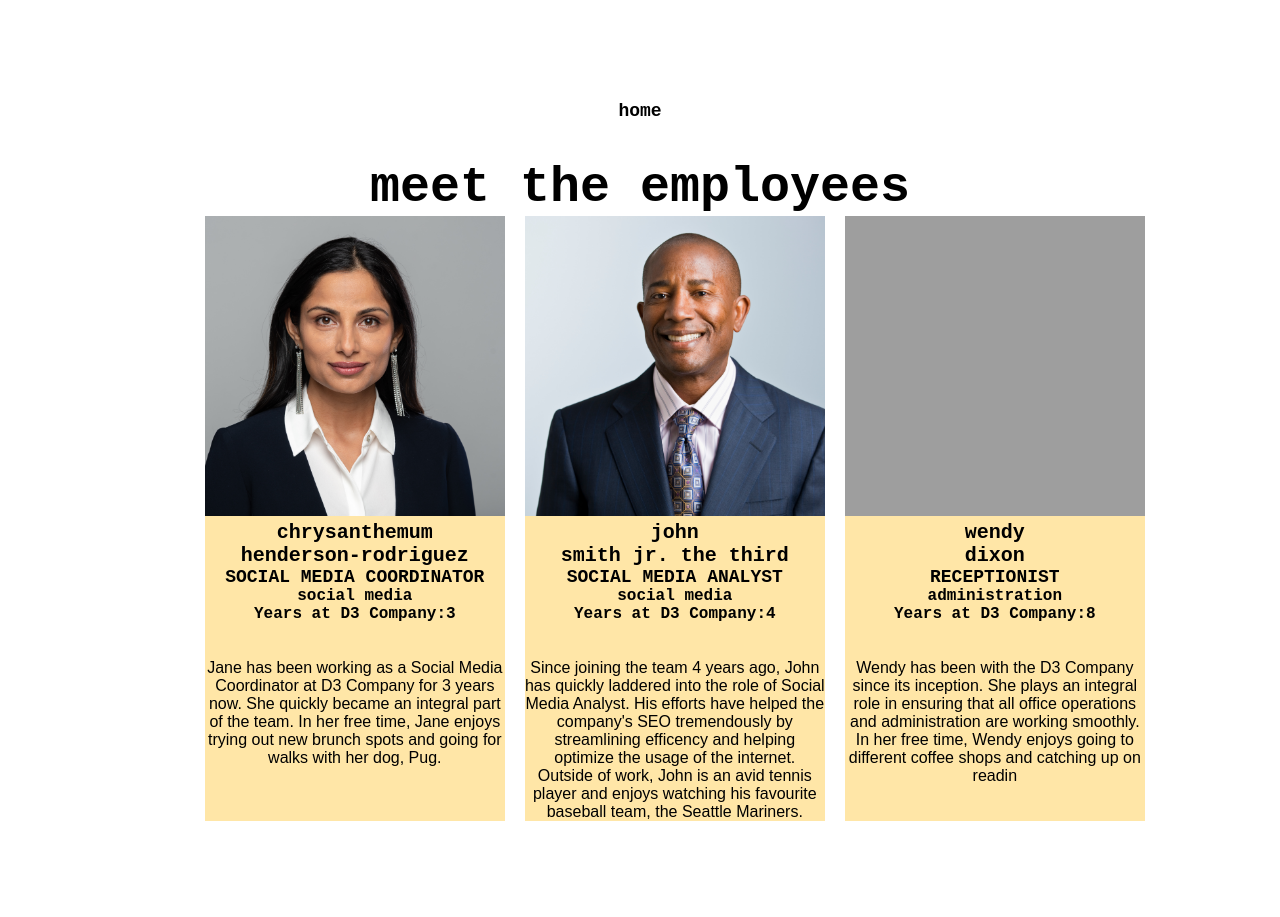
Repository: cheungglenda/MDIA2109-Week3
Page: /about
These files come from the project's save history. The page is drawn as it stood at one moment and after the next save; the edit follows.
The browser window is 1280 px wide. The pictures show the whole page.
Pictures or frames that could not be fetched are drawn as grey boxes. The project was rebuilt for these pictures with package versions that can differ from the ones it lists, and the page was loaded fresh each time. The framework's server and built-in components were replaced by stand-ins that run in the browser. Also part of the build but not shown: next.config.js.

Above is the page before, as saved 2023-01-20 12:34:41.

### pages/about.js
import Head from 'next/head'
import { Inter } from '@next/font/google'
import styles from '@/styles/Home.module.css'
import aboutData from '../data/about.json'
import { useState } from 'react'
import EmployeeCard  from '../components/EmployeeCard'
import Link from 'next/link'

export default function About() {

    const [aboutEmployees, setAboutEmployees] = useState([...aboutData])
    console.log(aboutData)
    return (
   <>
      <Head>
        <title>About Page</title>
        <meta name="description" content="Meet the Employees" />
        <meta name="viewport" content="width=device-width, initial-scale=1" />
        <link rel="icon" href="/favicon.ico" />
      </Head>
      <main className={styles.main}>
      <Link href="/" className={styles.links}>Home</Link>

      <div className={styles.meetTitle}>Meet the Employees</div>

        <div className={styles.grid}>
          <div className={styles.employees}>
          {aboutEmployees && aboutEmployees.map((info, index) => {
            if(info.firstName.toLowerCase() === "chrysanthemum") {
            return (
              <EmployeeCard
              key={index}
              firstname={info.firstName}
              lastname={info.lastName}
              jobtitle={info.jobTitle}
              department={info.department}
              yearsworked={info.yearsWorked}
              description={info.description}
              color="#FFE6A7" font="16px"/>
            )
          }
          })}

          {aboutEmployees && aboutEmployees.map((info, index) => {
            if(info.firstName.toLowerCase() === "john") {
            return (
              <EmployeeCard
              key={index}
              firstname={info.firstName}
              lastname={info.lastName}
              jobtitle={info.jobTitle}
              department={info.department}
              yearsworked={info.yearsWorked}
              description={info.description}
              color="#FFE6A7" font="16px"/>
            )
          }
          })}

          {aboutEmployees && aboutEmployees.map((info, index) => {
            if(info.firstName.toLowerCase() === "wendy") {
            return (
              <EmployeeCard
              key={index}
              firstname={info.firstName}
              lastname={info.lastName}
              jobtitle={info.jobTitle}
              department={info.department}
              yearsworked={info.yearsWorked}
              description={info.description}
              color="#FFE6A7" font="16px"/>
            )
          }
          })}
          </div>
        </div>
      </main>
    </>
  )
}

### styles/Home.module.css
.main {
  display: flex;
  flex-direction: column;
  justify-content: space-between;
  align-items: center;
  padding: 6rem;
  font-family:arial;
  min-height: 100vh;
  background-color: rgb(255, 255, 255);
}

.links {
  display: flex;
  padding-top:5px;
  margin-bottom:3%;
  justify-content: center;
  align-items: center;
  font-size: 18px;
  max-width: var(--max-width);
  width: 100%;
  font-weight:900;
  font-family: 'Courier New', Courier, monospace;
  text-transform:lowercase;
  padding-bottom:5px;
}

.description {
  display: inherit;
  justify-content: inherit;
  align-items: inherit;
  font-size: 15px;
  max-width: var(--max-width);
  width: 100%;
  font-family: var(--font-mono);
}

.description a {
  display: flex;
  justify-content: center;
  align-items: center;
  gap: 0.5rem;
}

.description p {
  position: relative;
  margin: 0;
  padding: 1rem;
  background-color: rgba(var(--callout-rgb), 0.5);
  border: 1px solid rgba(var(--callout-border-rgb), 0.3);
  border-radius: var(--border-radius);
}

.code {
  font-weight: 700;
  font-family: var(--font-mono);
}

.meetTitle {
  font-size: 50px;
  font-weight:700;
  text-transform:lowercase;
  font-family:'Courier New', Courier, monospace;
  text-align:center;
}

.grid {
  display: flex;
  justify-content:center;
  width: var(--max-width);
  max-width: 100%;
  align-items:center;
  flex: 1;
}

.card {
  padding: 1rem 1.2rem;
  border-radius: var(--border-radius);
  background: rgba(var(--card-rgb), 0);
  border: 1px solid rgba(var(--card-border-rgb), 0);
  transition: background 200ms, border 200ms;
}

.card span {
  display: inline-block;
  transition: transform 200ms;
}

.info {
  font-family:Arial, Helvetica, sans-serif;
}

.card h2 {
  font-weight: 600;
  margin-bottom: 0.7rem;
}

.card p {
  margin: 0;
  opacity: 0.6;
  font-size: 0.9rem;
  line-height: 1.5;
  max-width: 30ch;
}


.employees {
  display:flex;
  gap:20px;
  width: 80%;
  text-align:center;
  font-family:'Courier New', Courier, monospace;
}

.center {
  display: flex;
  justify-content: center;
  align-items: center;
  position: relative;
  padding: 4rem 0;
}

.center::before {
  background: var(--secondary-glow);
  border-radius: 50%;
  width: 480px;
  height: 360px;
  margin-left: -400px;
}

.center::after {
  background: var(--primary-glow);
  width: 240px;
  height: 180px;
  z-index: -1;
}

.center::before,
.center::after {
  content: '';
  left: 50%;
  position: absolute;
  filter: blur(45px);
  transform: translateZ(0);
}

.logo,
.thirteen {
  position: relative;
}

.thirteen {
  display: flex;
  justify-content: center;
  align-items: center;
  width: 75px;
  height: 75px;
  padding: 25px 10px;
  margin-left: 16px;
  transform: translateZ(0);
  border-radius: var(--border-radius);
  overflow: hidden;
  box-shadow: 0px 2px 8px -1px #0000001a;
}

.thirteen::before,
.thirteen::after {
  content: '';
  position: absolute;
  z-index: -1;
}

/* Conic Gradient Animation */
.thirteen::before {
  animation: 6s rotate linear infinite;
  width: 200%;
  height: 200%;
  background: var(--tile-border);
}

/* Inner Square */
.thirteen::after {
  inset: 0;
  padding: 1px;
  border-radius: var(--border-radius);
  background: linear-gradient(
    to bottom right,
    rgba(var(--tile-start-rgb), 1),
    rgba(var(--tile-end-rgb), 1)
  );
  background-clip: content-box;
}

/* Enable hover only on non-touch devices */
@media (hover: hover) and (pointer: fine) {
  .card:hover {
    background: rgba(var(--card-rgb), 0.1);
    border: 1px solid rgba(var(--card-border-rgb), 0.15);
  }

  .card:hover span {
    transform: translateX(4px);
  }
}

@media (prefers-reduced-motion) {
  .thirteen::before {
    animation: none;
  }

  .card:hover span {
    transform: none;
  }
}

/* Mobile */
@media (max-width: 700px) {
  .content {
    padding: 4rem;
  }

  .grid {
    grid-template-columns: 1fr;
    margin-bottom: 120px;
    max-width: 320px;
    text-align: center;
  }

  .card {
    padding: 1rem 2.5rem;
  }

  .card h2 {
    margin-bottom: 0.5rem;
  }

  .center {
    padding: 8rem 0 6rem;
  }

  .center::before {
    transform: none;
    height: 300px;
  }

  .description {
    font-size: 0.8rem;
  }

  .description a {
    padding: 1rem;
  }

  .description p,
  .description div {
    display: flex;
    justify-content: center;
    position: fixed;
    width: 100%;
  }

  .description p {
    align-items: center;
    inset: 0 0 auto;
    padding: 2rem 1rem 1.4rem;
    border-radius: 0;
    border: none;
    border-bottom: 1px solid rgba(var(--callout-border-rgb), 0.25);
    background: linear-gradient(
      to bottom,
      rgba(var(--background-start-rgb), 1),
      rgba(var(--callout-rgb), 0.5)
    );
    background-clip: padding-box;
    backdrop-filter: blur(24px);
  }

  .description div {
    align-items: flex-end;
    pointer-events: none;
    inset: auto 0 0;
    padding: 2rem;
    height: 200px;
    background: linear-gradient(
      to bottom,
      transparent 0%,
      rgb(var(--background-end-rgb)) 40%
    );
    z-index: 1;
  }
}

/* Tablet and Smaller Desktop */
@media (min-width: 701px) and (max-width: 1120px) {
  .grid {
    grid-template-columns: repeat(2, 50%);
  }
}

@media (prefers-color-scheme: dark) {
  .vercelLogo {
    filter: invert(1);
  }

  .logo,
  .thirteen img {
    filter: invert(1) drop-shadow(0 0 0.3rem #ffffff70);
  }
}

@keyframes rotate {
  from {
    transform: rotate(360deg);
  }
  to {
    transform: rotate(0deg);
  }
}

### data/about.json
[
    {
        "firstName": "Chrysanthemum",
        "lastName": "Henderson-Rodriguez",
        "department": "Social Media",
        "jobTitle": "Social Media Coordinator",
        "yearsWorked": 3,
        "description": "Jane has been working as a Social Media Coordinator at D3 Company for 3 years now. She quickly became an integral part of the team. In her free time, Jane enjoys trying out new brunch spots and going for walks with her dog, Pug."
    },
    {
        "firstName": "John",
        "lastName": "Smith Jr. the Third",
        "department": "Social Media",
        "jobTitle": "Social Media Analyst",
        "yearsWorked": 4,
        "description": "Since joining the team 4 years ago, John has quickly laddered into the role of Social Media Analyst. His efforts have helped the company's SEO tremendously by streamlining efficency and helping optimize the usage of the internet. Outside of work, John is an avid tennis player and enjoys watching his favourite baseball team, the Seattle Mariners."

    },
    {
        "firstName": "Wendy",
        "lastName": "Dixon",
        "department": "Administration",
        "jobTitle": "Receptionist",
        "yearsWorked": 8,
        "description": "Wendy has been with the D3 Company since its inception. She plays an integral role in ensuring that all office operations and administration are working smoothly. In her free time, Wendy enjoys going to different coffee shops and catching up on readin"

    }
]

### components/EmployeeCard/index.js
export default function EmployeeCard({
    firstname = "none",
    lastname = "none",
    department = "none",
    jobtitle = "none",
    yearsworked = 0,
    description = "none",
    color = "pink",
    font = "O",
    image = "icon/personTwo.png"
}) {
    return (
        <div style={{backgroundColor: color, fontSize: 16}}>
            {
                firstname === "Chrysanthemum" ? <img style={{objectFit: "cover"}} src={'headshots/photo3.jpeg'} width="300" height="300"/> :
                firstname === "John" ? <img style={{objectFit: "cover"}} src={'headshots/photo1.jpeg'} width="300" height="300"/> :
                firstname === "Wendy" ? <img style={{objectFit: "cover"}} src={'headshots/photo2.jpeg'} width="300" height="300"/> :
                <img src={image} width="300"/>
            }

            <h1 style={{textTransform: "lowercase", fontSize: 20}}>{firstname}</h1>
            <h1 style={{textTransform: "lowercase", fontSize: 20}}>{lastname}</h1>
            <h2 style={{fontFamily:"'Courier New', Courier, monospace", textTransform: "uppercase", fontSize: 18}}>{jobtitle}</h2>
            <h3 style={{fontFamily:"'Courier New', Courier, monospace", textTransform: "lowercase", fontSize: 16, fontweight:500}}>{department}</h3>
            <h4 style={{}}>Years at D3 Company:{yearsworked}</h4><br></br><br></br>
            <p style={{fontFamily: "Arial, Helvetica, sans-serif"}}>{description}</p>
        </div>
    )
}

Loaded but not shown: pages/_app.js (common file); pages/_document.js (common file); styles/globals.css (common file)

After the next save:
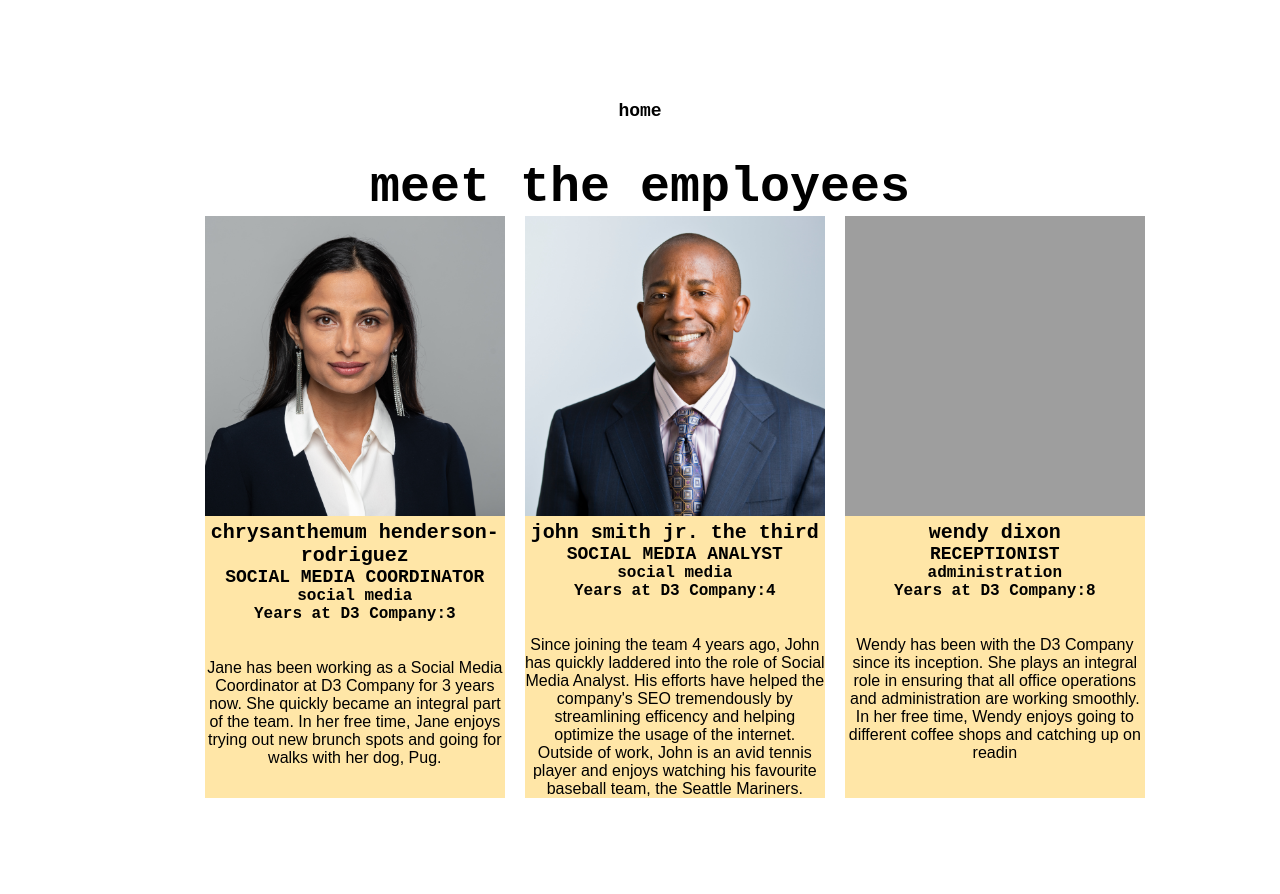
Saved 2 min 6 s later.
--- a/components/EmployeeCard/index.js
+++ b/components/EmployeeCard/index.js
@@ -18,8 +18,8 @@ export default function EmployeeCard({
                 <img src={image} width="300"/>
             }
 
-            <h1 style={{textTransform: "lowercase", fontSize: 20}}>{firstname}</h1>
-            <h1 style={{textTransform: "lowercase", fontSize: 20}}>{lastname}</h1>
+            <h1 style={{textTransform: "lowercase", fontSize: 20}}>{firstname} {lastname}</h1>
+            <h1 style={{textTransform: "lowercase", fontSize: 20}}></h1>
             <h2 style={{fontFamily:"'Courier New', Courier, monospace", textTransform: "uppercase", fontSize: 18}}>{jobtitle}</h2>
             <h3 style={{fontFamily:"'Courier New', Courier, monospace", textTransform: "lowercase", fontSize: 16, fontweight:500}}>{department}</h3>
             <h4 style={{}}>Years at D3 Company:{yearsworked}</h4><br></br><br></br>
